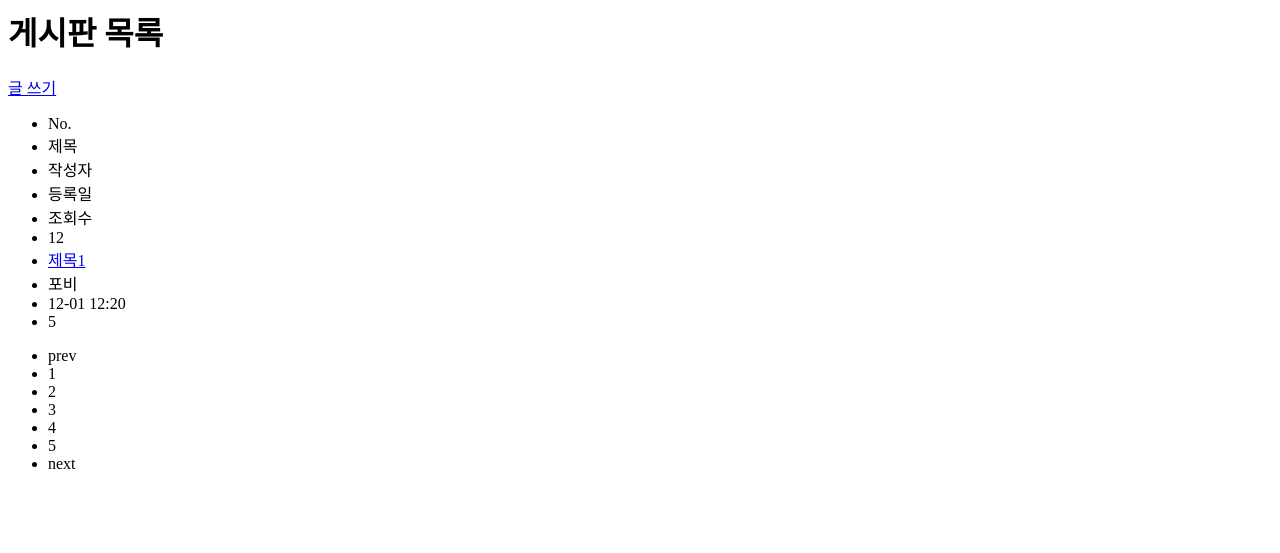
Repository: smg1024/StudySpring
Page: http://localhost/webSpringTest/WEB-INF/views/board/boardList.jsp
An editor plug-in stored every save of this project. The page is shown before and after the next save, followed by the edit.
The browser window is 1280 px wide. The pictures show the whole page.
The page is served by Tomcat 9. Nobody is signed in. Other server files are loaded and not shown. The template is opened directly, without the code that normally fills it, so the values that code supplies are empty.

Above is the page before, as saved 2022-12-14 01:10:01.

### webSpringTest/src/main/webapp/WEB-INF/views/board/boardList.jsp
<%@ page language="java" contentType="text/html; charset=UTF-8"
    pageEncoding="UTF-8"%>
<%@ taglib uri="http://java.sun.com/jsp/jstl/core" prefix="c" %>

<title>게시판 목록</title>
<div class="container">
	<h1>게시판 목록</h1>
	<div>
		<a href="/myapp/board/boardPost">글 쓰기</a>
	</div>
	<ul>
		<li>No.</li>
		<li>제목</li>
		<li>작성자</li>
		<li>등록일</li>
		<li>조회수</li>

		<li>12</li>
		<li><a href="/myapp/board/boardView?postno=#">제목1</a></li>
		<li>포비</li>
		<li>12-01 12:20</li>
		<li>5</li>
	</ul>
	<!-- 페이지 처리 -->
	<div>
		<ul>
			<li>prev</li>
			<li>1</li>
			<li>2</li>
			<li>3</li>
			<li>4</li>
			<li>5</li>
			<li>next</li>
		</ul>
	</div>
</div>

After the next save:
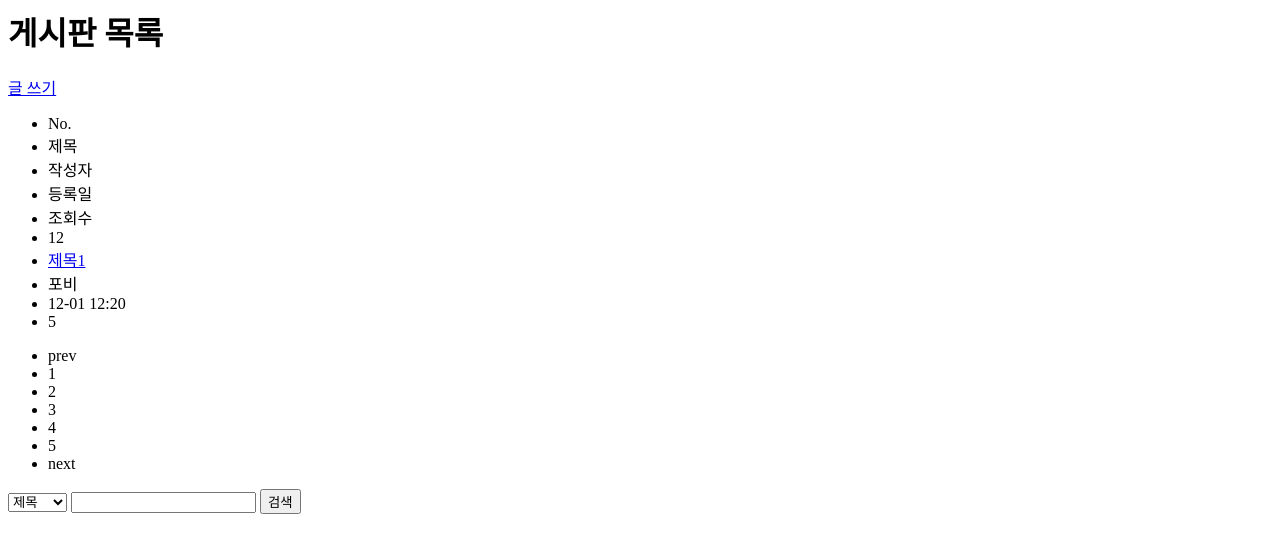
Saved 4 min 32 s later.
--- a/webSpringTest/src/main/webapp/WEB-INF/views/board/boardList.jsp
+++ b/webSpringTest/src/main/webapp/WEB-INF/views/board/boardList.jsp
@@ -1,7 +1,6 @@
 <%@ page language="java" contentType="text/html; charset=UTF-8"
     pageEncoding="UTF-8"%>
 <%@ taglib uri="http://java.sun.com/jsp/jstl/core" prefix="c" %>
-
 <title>게시판 목록</title>
 <div class="container">
 	<h1>게시판 목록</h1>
@@ -33,4 +32,16 @@
 			<li>next</li>
 		</ul>
 	</div>
+	<!-- 검색 기능 -->
+	<div>
+		<form action="/myapp/board/boardList">
+			<select name="searchKey">
+				<option>제목</option>
+				<option>내용</option>
+				<option>작성자</option>
+			</select>
+			<input type="text" name="searchValue" id="searchValue">
+			<input type="submit" value="검색">
+		</form>
+	</div>
 </div>
